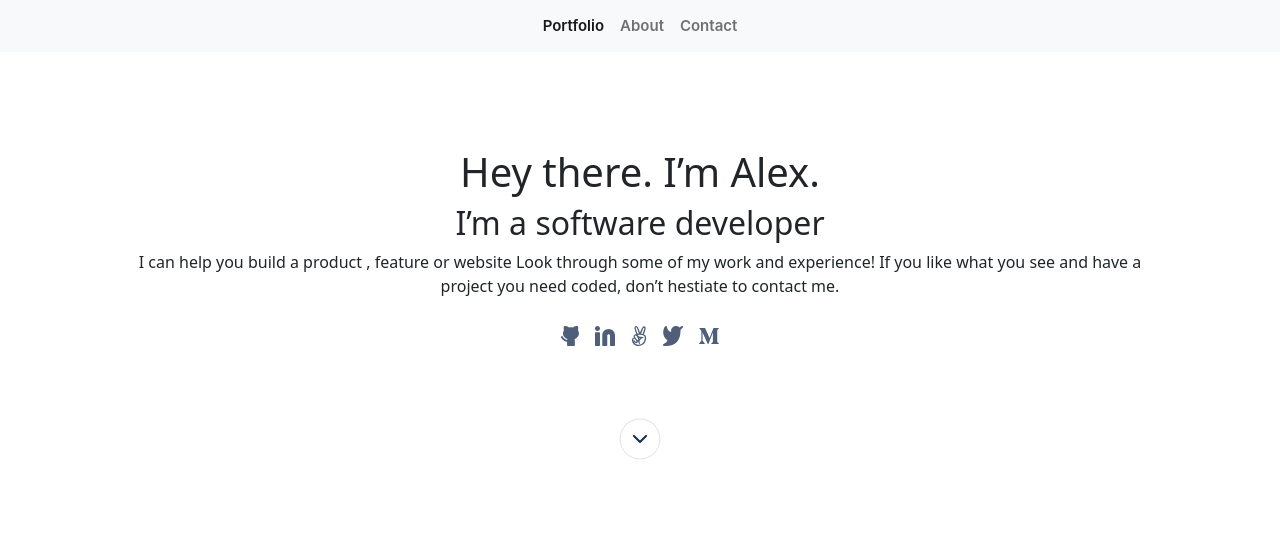
Repository: mustabbas/mustDico-Bootstrap
Page: index.html
These files come from the project's save history. The page is drawn as it stood at one moment and after the next save; the edit follows.
The browser window is 1280 px wide. The pictures show the whole page.

Above is the page before, as saved 2021-08-25 20:56:07.

### index.html
<!DOCTYPE html>
<html lang="en">
<head>
    <meta charset="UTF-8">
    <meta name="viewport" content="width=device-width, initial-scale=1.0">
    <meta http-equiv="X-UA-Compatible" content="ie=edge">
    <link rel="stylesheet" href="styles.css" />
    <title>MustDico's-Portfolio</title>
    <!-- CSS only -->
<link href="https://cdn.jsdelivr.net/npm/bootstrap@5.1.0/dist/css/bootstrap.min.css" rel="stylesheet" integrity="sha384-KyZXEAg3QhqLMpG8r+8fhAXLRk2vvoC2f3B09zVXn8CA5QIVfZOJ3BCsw2P0p/We" crossorigin="anonymous">
</head>
<body>
    <nav class="navbar navbar-expand-lg navbar-light bg-light">
        <div class="container-fluid">
          <button class="navbar-toggler" type="button" data-bs-toggle="collapse" data-bs-target="#navbarNav" aria-controls="navbarNav" aria-expanded="false" aria-label="Toggle navigation">
            <span class="navbar-toggler-icon"></span>
          </button>
          <div class="collapse navbar-collapse justify-content-center" id="navbarNav">
            <ul class="navbar-nav">
              <li class="nav-item">
                <a class="nav-link active" aria-current="page" href="#">Portfolio</a>
              </li>
              <li class="nav-item">
                <a class="nav-link" href="#">About</a>
              </li>
              <li class="nav-item">
                <a class="nav-link" href="#">Contact</a>
              </li>
            </ul>
          </div>
        </div>
      </nav>
      <section class="container mt-5 p-5 Heading">
            <h1 class="text-center">Hey there. I’m Alex.</h1>
            <h2 class="text-center">I’m a software developer</h2>
            <p class="text-center"> I can help you build a product , feature or website Look through some of my work and experience! If you like what you see and have a project you need coded,
                don’t hestiate to contact me.</p>
                <ul class="d-flex justify-content-center list-unstyled">
                    <li class="p-2"><img src="./img/github_dark.svg" alt="Vector-github" /></li>
                    <li class="p-2"><img src="./img/linkedin.svg" alt="Vecto-linkedin" /></li>
                    <li class="p-2"><img src="./img/angellist_dark.svg" alt="Vecto-angellist" /></li>
                    <li class="p-2"><img src="./img/twitter_dark.svg" alt="Vector-twitter" /></li>
                    <li class="p-2"><img src="./img/medium_dark.svg" alt="Vector-medium" /></li>
                </ul>
                <div class="d-flex justify-content-center pt-5"><img src="./img/ArrowDown.svg" alt="ArrowDown" /></div>
      </section>

    <!-- JavaScript Bundle with Popper -->
<script src="https://cdn.jsdelivr.net/npm/bootstrap@5.1.0/dist/js/bootstrap.bundle.min.js" integrity="sha384-U1DAWAznBHeqEIlVSCgzq+c9gqGAJn5c/t99JyeKa9xxaYpSvHU5awsuZVVFIhvj" crossorigin="anonymous"></script>
</body>
</html>

### styles.css

.nav-item {
    font-family: Inter;
    font-style: normal;
    font-weight: 600;
    font-size: 15px;
    line-height: 20px;
    color: #344563;
}

After the next save:
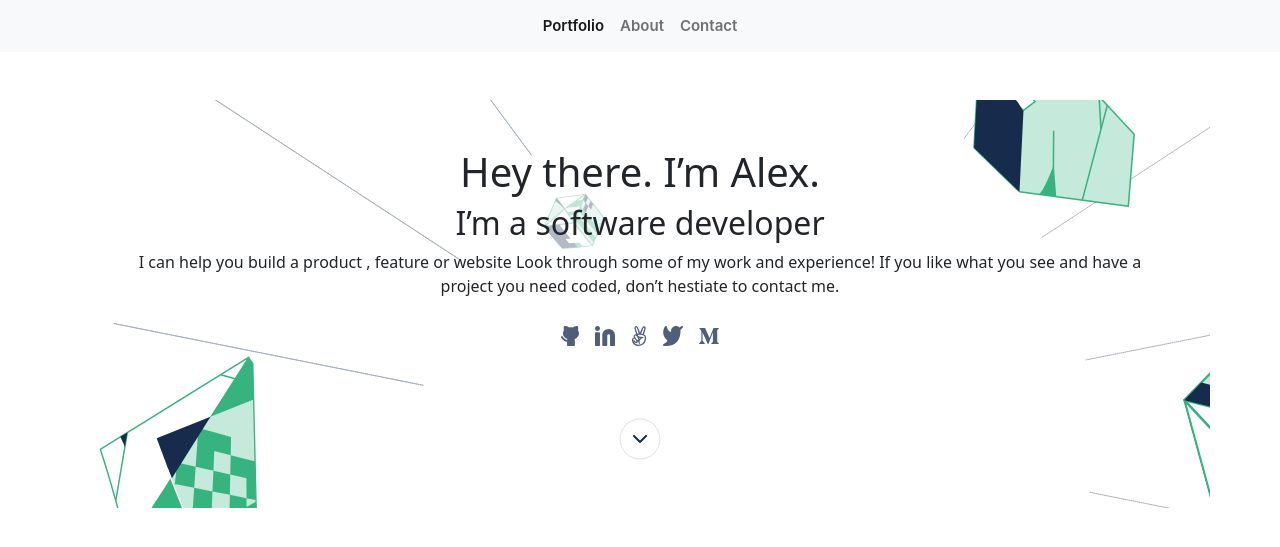
Saved 35 s later.
--- a/styles.css
+++ b/styles.css
@@ -7,3 +7,7 @@
     line-height: 20px;
     color: #344563;
 }
+
+.Heading {
+    background-image: url('./img/HeaderDesktop.svg');
+}
